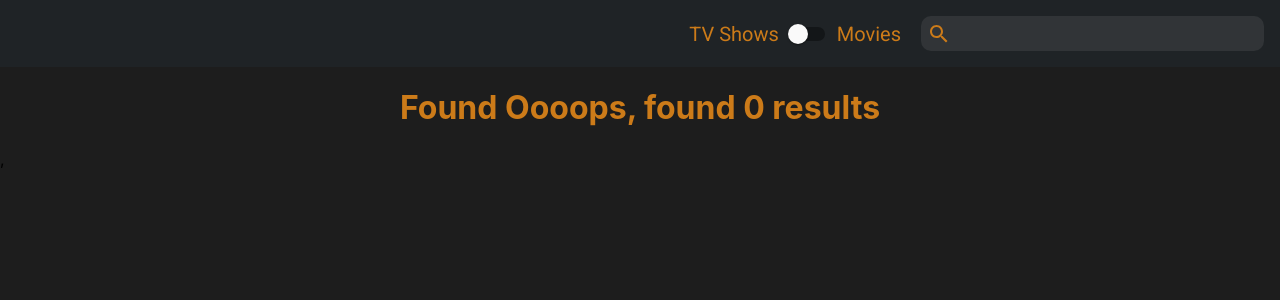
Repository: Amad-Mlinka/Movie-v2
Page: /
An editor plug-in stored every save of this project. The page is shown before and after the next save, followed by the edit.
The browser window is 1280 px wide. The pictures show the whole page.
The page's requests for data from a server got no answer. The project was rebuilt for these pictures with package versions that can differ from the ones it lists, and the page was loaded fresh each time. No one was signed in, and anything a server would have sent is missing. Also part of the build but not shown: src/components/media/Media.scss, src/components/media/Movie.tsx, src/components/media/Tv.tsx, src/pages/DetailPage.scss, src/pages/DetailPage.tsx.

Above is the page before, as saved 2021-04-30 06:40:21.

### src/index.tsx
import React from 'react';
import ReactDOM from 'react-dom';
import './index.scss';
import App from './App';
import {Provider} from "react-redux"
import {store} from "./store/store"


ReactDOM.render(
  <Provider store={store}>
    <App />,
  </Provider>


  , document.getElementById('root')
);

### src/index.scss
html {
  background: #1d1d1d;
  overflow-x: hidden;
}
body {
  margin: 0;
  font-family: -apple-system, BlinkMacSystemFont, 'Segoe UI', 'Roboto', 'Oxygen',
    'Ubuntu', 'Cantarell', 'Fira Sans', 'Droid Sans', 'Helvetica Neue',
    sans-serif;
  -webkit-font-smoothing: antialiased;
  -moz-osx-font-smoothing: grayscale;
}

code {
  font-family: source-code-pro, Menlo, Monaco, Consolas, 'Courier New',
    monospace;
}
a{
  text-decoration: none;
}
.container{
  width: 75%;
  margin: auto;
}

### src/App.tsx
import './App.scss';
import { BrowserRouter as Router, Switch, Route } from "react-router-dom"
import {MainPage} from "./pages/MainPage"
import { DetailPage } from './pages/DetailPage';


function App() {
  return (
    <Router>
      <div className="app">
        <Switch>
          <Route path="/" exact component={MainPage}></Route>
          <Route path="/:media/:id" exact component={DetailPage}></Route>
        </Switch>


      </div>
    </Router>

  );
}

export default App;

### src/store/store.ts
import { createStore } from "redux"
import { searchTermReducer } from "../reducers/searchTermReducer"
import { mediaTypeReducer }  from "../reducers/mediaTypeReducer"
import { mediaReducer }  from "../reducers/mediaReducer"
import { genreReducer }  from "../reducers/genreReducer"
import { detailReducer }  from "../reducers/detailReducer"
import { combineReducers} from "redux"

const rootReducer = combineReducers(
    {
        searchTerm:searchTermReducer,
        media:mediaReducer,
        mediaType:mediaTypeReducer,
        genre:genreReducer,
        detail:detailReducer
    })

export const store = createStore(rootReducer);

### src/App.scss
.app{
    display: flex;
    flex-direction: column;
}

### src/pages/MainPage.tsx
import React from 'react'
import { Header } from '../components/header/Header';
import { MediaList } from '../components/mediaList/MediaList';


export const MainPage = () => {
    return (
        <div>
            <Header></Header>
            <MediaList></MediaList>
        </div>
    )
}

### src/reducers/searchTermReducer.ts
const initialState:string="";

type Action = {
    type:string,
    payload:string
}
export const searchTermReducer = (state:string=initialState, action:Action):string => {
   switch(action.type){
       case "CHANGE_TERM": {
            return action.payload;
       }
       case "RESET_TERM": {
        return initialState;
   }
       default:
           return state
   }
}

### src/reducers/mediaTypeReducer.ts
const initialState:string="tv";

type Action = {
    type:string,
    payload:string
}
export const mediaTypeReducer = (state:string=initialState, action:Action):string => {
   switch(action.type){
       case "CHANGE_MEDIA_TYPE": {
            return action.payload;
       }
       default:
           return state
   }
}

### src/reducers/mediaReducer.ts
import {movieInterface} from "../interface/movieInterface"
import {tvInterface} from "../interface/tvInterface"

const initialState:(tvInterface | movieInterface)[]=[];

type Action = {
    type:string,
    payload:(tvInterface | movieInterface)[]
}


export const mediaReducer = (state:(tvInterface | movieInterface)[] = initialState, action:Action) => {
    switch(action.type){
        case "CHANGE_MEDIA":
            return action.payload
        default:
            return state

    }
}

### src/reducers/genreReducer.ts
import {genreInterface} from "../interface/genreInterface"


const initialState:genreInterface[]=[];

type Action = {
    type:string,
    payload:genreInterface []
}


export const genreReducer = (state:genreInterface[] = initialState, action:Action) => {
    switch(action.type){
        case "CHANGE_GENRE":
            return action.payload
        default:
            return state

    }
}

### src/reducers/detailReducer.ts
import {movieInterface} from "../interface/movieInterface"
import {tvInterface} from "../interface/tvInterface"

const initialState:(tvInterface | movieInterface | null)=null;

type Action = {
    type:string,
    payload:(tvInterface | movieInterface)[]
}


export const detailReducer = (state:(tvInterface | movieInterface | null) = initialState, action:Action) => {
    switch(action.type){
        case "CHANGE_DETAIL":
            return action.payload
        default:
            return state

    }
}

### src/components/header/Header.tsx
/*Components*/
import React, { useEffect } from 'react'
import Switch from '@material-ui/core/Switch';
import { useSelector, useDispatch } from "react-redux"
import { Link } from "react-router-dom"
import $ from "jquery"

/*SCSS*/
import "./Header.scss"

/*Icons*/
import SearchSharpIcon from '@material-ui/icons/SearchSharp';
import ArrowBackIosIcon from '@material-ui/icons/ArrowBackIos';





export const Header = () => {
    const [openSearch, setOpenSearch] = React.useState<boolean>(false)
    const state: any = useSelector(state => state)
    const dispatch = useDispatch();

    useEffect(() => {
        setOpenSearch(false);
    }, [])

    const onClick = () => {
        $(".header-container").slideToggle()
        setOpenSearch(!openSearch)
    }

    const onChangeTerm = (changedTerm: string) => {
        dispatch({ type: "CHANGE_TERM", payload: changedTerm })
    }

    const onChangeMediaType = () => {
        dispatch({ type: "CHANGE_MEDIA_TYPE", payload: state.mediaType === "tv" ? "movie" : "tv" })

    }


    return (
        <header>
            {window.location.href.split("/")[3] && (
                <div className="back-button">
                    <Link to="/">
                        <ArrowBackIosIcon />
                    </Link>

                </div>
            )

            }
        {!window.location.href.split("/")[3] && (
            <>
            <div className="search-icon-container">

                <SearchSharpIcon className="search-icon search-input-btn" onClick={onClick} />

            </div>
            <div className="header-container">

                <div className="search">
                    <div className="search-container">
                        <SearchSharpIcon className="search-icon search-input-icon" />
                        <input onChange={(e) => onChangeTerm(e.target.value)} value={state.searchTerm} type="search" className="search-input" name="" id="" />
                    </div>
                </div>

                <div className="filter">
                    <div className="switch">
                        <p className="switch-option">TV Shows </p>
                        <Switch
                            checked={state.mediaType === "tv" ? false : true}
                            onChange={onChangeMediaType}
                            name="checkedA"
                            inputProps={{ 'aria-label': 'secondary checkbox' }}
                        />
                        <p className="switch-option">Movies</p>
                    </div>
                </div>

            </div>
            </>
        )}
        </header>
    )
}

### src/components/mediaList/MediaList.tsx
/*Components*/
import React, { useEffect } from 'react'
import { movieInterface } from "../../interface/movieInterface"
import { tvInterface } from "../../interface/tvInterface"
import { Movie } from '../media/Movie'
import { Tv } from '../media/Tv'
import { useSelector, useDispatch } from "react-redux"

/*Scss*/
import "./MediaList.scss"



//const FEATURED_API = `https://api.themoviedb.org/3/discover/${media}?sort_by=popularity.desc&api_key=70846ae2c3bdf81734c4dc36fab283cc&page=1`;



//const SEARCH_API = `https://api.themoviedb.org/3/search/${media}?&api_key=70846ae2c3bdf81734c4dc36fab283cc&query=${term}`



//const GENRE_API = `https://api.themoviedb.org/3/genre/${media}/list?api_key=70846ae2c3bdf81734c4dc36fab283cc&language=en-US`



export const MediaList = () => {
    const dispatch = useDispatch();
    const state: any = useSelector(state => state)

    const getGenres = () => {
        fetch(`https://api.themoviedb.org/3/genre/${state.mediaType}/list?api_key=70846ae2c3bdf81734c4dc36fab283cc&language=en-US`)
            .then(res => res.json())
            .then(data => {
                dispatch({ type: "CHANGE_GENRE", payload: data })
            })

    }


    const getMovies = () => {
        fetch(`https://api.themoviedb.org/3/discover/${state.mediaType}?sort_by=popularity.desc&api_key=70846ae2c3bdf81734c4dc36fab283cc&page=1`)
            .then(res => res.json())
            .then(data => {
                dispatch({ type: "CHANGE_MEDIA", payload: data.results })
                console.log(state)
            })
    }

    const searchMovies = () => {
        if (state.searchTerm.length >= 3) {
            fetch(`https://api.themoviedb.org/3/search/${state.mediaType}?&api_key=70846ae2c3bdf81734c4dc36fab283cc&query=${state.searchTerm}&page=1`)
                .then(res => res.json())
                .then(data => {
                    dispatch({ type: "CHANGE_MEDIA", payload: data.results })

                })
        } else {
            getMovies();
        }

    }

    useEffect(() => {
        getGenres();
    }, [])



    useEffect(() => {
        if (state.searchTerm.length >= 3) {
            searchMovies()
        } else {
            getMovies();
        }// eslint-disable-next-line react-hooks/exhaustive-deps
    }, [state.mediaType]);



    useEffect(() => {
        let timer1 = setTimeout(() => searchMovies(), 1000);

        // this will clear Timeout
        // when component unmount like in willComponentUnmount
        // and show will not change to true
        return () => {
            clearTimeout(timer1);
        };
        // eslint-disable-next-line react-hooks/exhaustive-deps
    }, [state.searchTerm]);




    return (
        <>
            <div className="count">
                <h1 className="results-header">
                    Found {state.media.length===0 ? `Oooops, found ${state.media.length} ` : `Found ${state.media.length} `} results
                </h1>

            </div>
            <div className="container">
                <div className="media-list-container">

                    {
                        state.mediaType === "movie" ?

                            state.media.length > 0 && state.media.map((media: (movieInterface)) => (
                                <Movie key={media.id} {...media} />
                            ))
                            :
                            state.media.length > 0 && state.media.map((media: (tvInterface)) => (
                                <Tv key={media.id} {...media} />
                            ))
                    }
                </div>


            </div>

        </>
    )
}

### src/components/header/Header.scss
@import "../../main.scss" ;
@import url('https://fonts.googleapis.com/css2?family=Roboto&display=swap');
header {
    display: flex;
    background-color: $primary;
    padding: 1rem;
    min-height:35px;
    align-items: center;
    z-index: 999;
}
.header-container {
    display: flex;
    align-content: center;
    justify-content: center;
}

.search-container {
    position: relative;
}

.search-input-icon {
    position: absolute;
    margin: 6px;
}
.search-icon{
    fill:$secondary!important;
}

.search-input {
    font-family: inherit;
    font-size: 1.2rem;
    border-radius: 10px;
    color: #fff;
    background-color: hsla(0, 0%, 100%, 0.08);
    padding-left: 35px;
    padding-right: 10px;
    border: 0;
    width: 100%;
    height:35px;
    &:focus {
        outline: none;
    }
}

.filter{
    display: flex;
    justify-content: center;
    align-items: center;
}

.switch {
    display: flex;
    flex-direction: row;
    justify-content: center;
    align-items: center;
    height: 25px;
}
.switch-option{
    color: $secondary;
    font-family: "Roboto", "sans-serif";
    font-size: 20px;
}

.MuiSwitch-colorSecondary.Mui-checked {
    color: $secondary !important;
}

.MuiSwitch-colorSecondary.Mui-checked + .MuiSwitch-track{
    background: $secondary !important;
}

.results-header{
    text-align: center;
    color: $secondary;
}
.back-button{

    position: absolute;
    top: 0;
    left: 0;
    margin: 20px;

    svg{
        fill: $secondary !important;
    }


}


@include breakpoint(max-tablet){
    header{
        justify-content: flex-end;
        flex-direction: column;
    }
    .header-container{
        flex-direction: column !important;
        position: relative;
        width: 100%;
        justify-content: center;
        display: none;
        margin-top: 30px;
        align-items: stretch;
    }
    .search {
        margin-bottom: 30px;
    }
    .search-input-btn{
        width: 35px !important;
        height: 35px !important;
        display: block;
    }
    .search-icon-container{
        width: 100%;
        display: flex;
        justify-content: flex-end;
    }
}
@include breakpoint(min-laptop){
    header{
        flex-direction: row;
        justify-content: flex-end;
    }
    .header-container{
        flex-direction: row-reverse;
        display: flex !important;

    }
    .filter{
        margin-right: 20px;
    }
    .search{
        display: flex;
        align-items: center;
    }
    .search-input-btn{
        display: none !important;
    }
}

### src/components/mediaList/MediaList.scss
.media-list-container{
    display: flex;
    flex-wrap: wrap;
    justify-content:center;
}

### src/main.scss
@mixin breakpoint($point) {
    @if $point == min-desktop {
      @media (min-width: 993px) { @content ; }
   }
    @else if $point == min-laptop {
      @media (min-width: 769px) { @content ; }
   }
     @else if $point == min-tablet {
      @media (min-width: 593px) { @content ; }
   }
   @else if $point == min-mobile {
      @media (min-width: 0px)  { @content ; }

   }@else if $point == max-desktop {
      @media (max-width: 1200px) { @content ; }

   }@else if $point == max-laptop {
      @media (max-width: 992px) { @content ; }
   }
     @else if $point == max-tablet {
      @media (max-width: 768px) { @content ; }
   }
   @else if $point == max-mobile {
      @media (max-width: 592px)  { @content ; }

   }
 }
$primary:#1f2326;
$secondary:#cc7b19;

Loaded but not shown: public/index.html (common file)

After the next save:
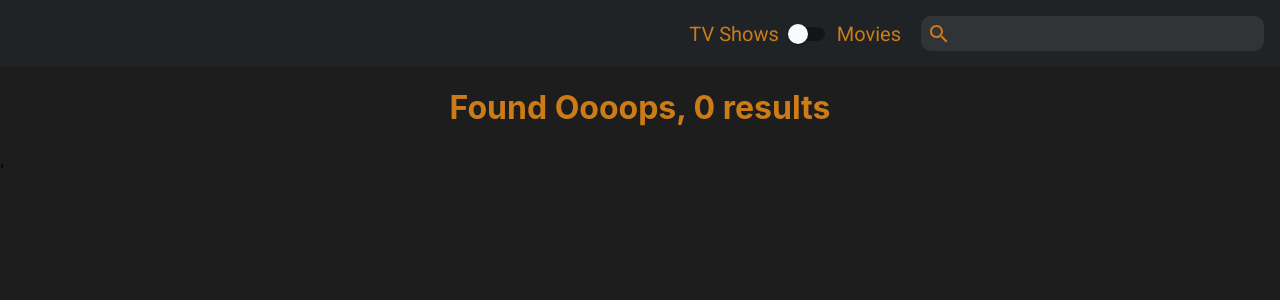
Saved 16 s later.
--- a/src/components/mediaList/MediaList.tsx
+++ b/src/components/mediaList/MediaList.tsx
@@ -95,7 +95,7 @@ export const MediaList = () => {
         <>
             <div className="count">
                 <h1 className="results-header">
-                    Found {state.media.length===0 ? `Oooops, found ${state.media.length} ` : `Found ${state.media.length} `} results
+                    Found {state.media.length===0 ? `Oooops, ${state.media.length} ` : `Found ${state.media.length} `} results
                 </h1>
 
             </div>
